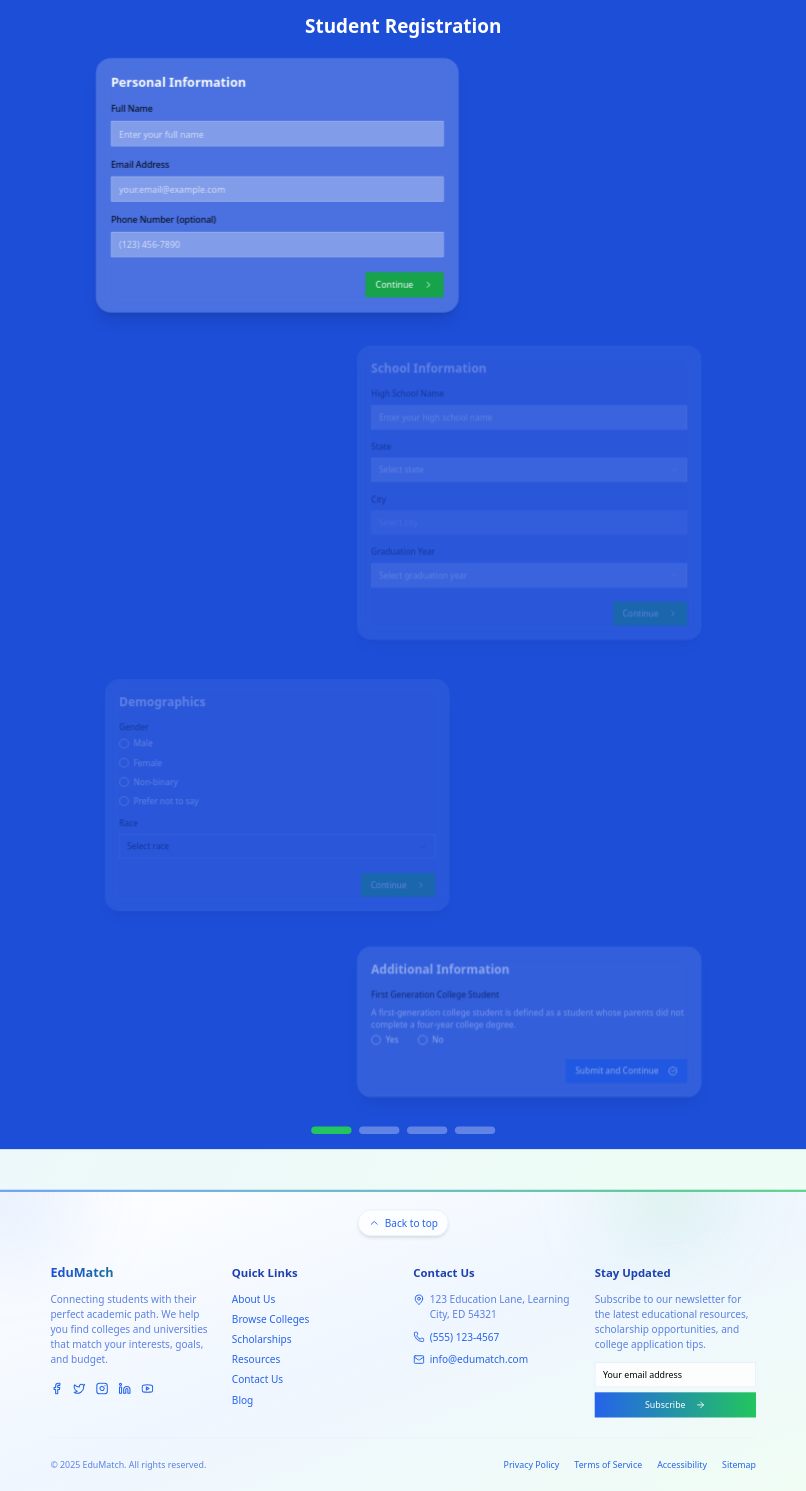
Repository: Kish202/EdTech
Page: /register
The author's editor kept a copy of each file at every save. The page is drawn from the files as they stood at one save, then again after the next save.
The browser window is 1280 px wide. The pictures show the whole page, at 63% of full size.
The project was rebuilt for these pictures with package versions that can differ from the ones it lists, and the page was loaded fresh each time. Also part of the build but not shown: vite.config.js, src/components/sections/Navbar.jsx, src/components/registerforms/RegisterForm.jsx, src/components/sections/Hero.jsx, src/components/sections/Steps.jsx, src/components/ui/avatar.jsx, src/components/sections/Testmonials.jsx, src/components/ui/alert.jsx and 11 more.

Above is the page before, as saved 2025-04-18 18:35:58.

After the next save:
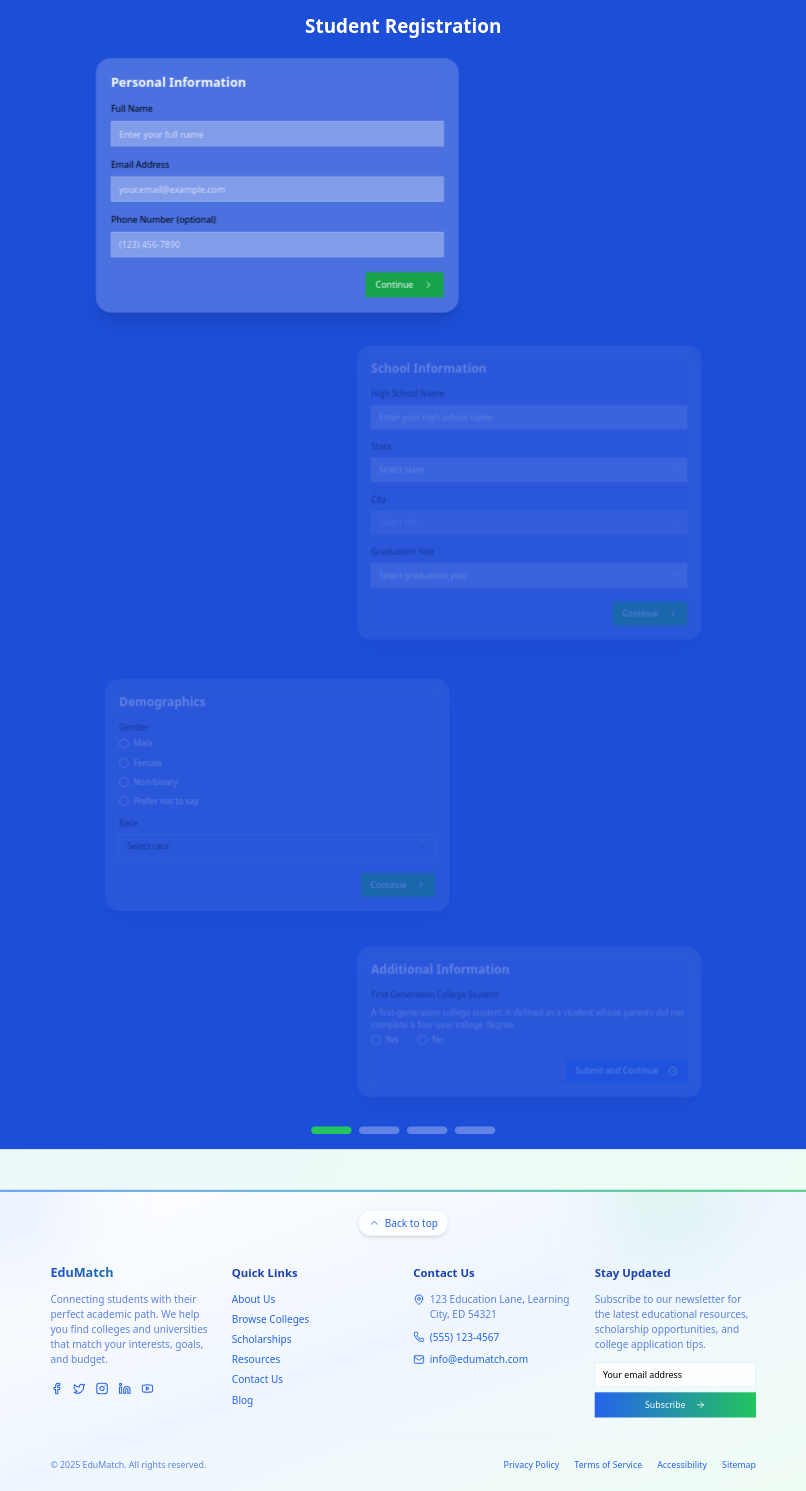
Saved 26 s later.
--- a/src/components/registerforms/Form1.jsx
+++ b/src/components/registerforms/Form1.jsx
@@ -517,7 +517,7 @@ export default function RegistrationForm() {
         {/* Card 4: First Generation Status */}
         <Card
           ref={cardRefs[3]}
-          className={`bg-white/20 backdrop-blur-md shadow-xl border-0 transition-all duration-300 transform max-w-xl mr-0 md:mr-32 ml-auto rounded-3xl ${currentCard === 3 ? 'scale-100 opacity-100' : 'scale-95 opacity-50'}`}
+          className={`bg-white/20 backdrop-blur-md shadow-xl border-0 transition-all duration-300 transform max-w-xl mr-0 md:mr-32 ml-auto rounded-3xl ${currentCard === 3 ? 'scale-100 opacity-100' : 'scale-95 opacity-30'}`}
         >
           <CardContent className="pt-6">
             <h2 className="text-xl font-semibold mb-4 text-white">Additional Information</h2>
